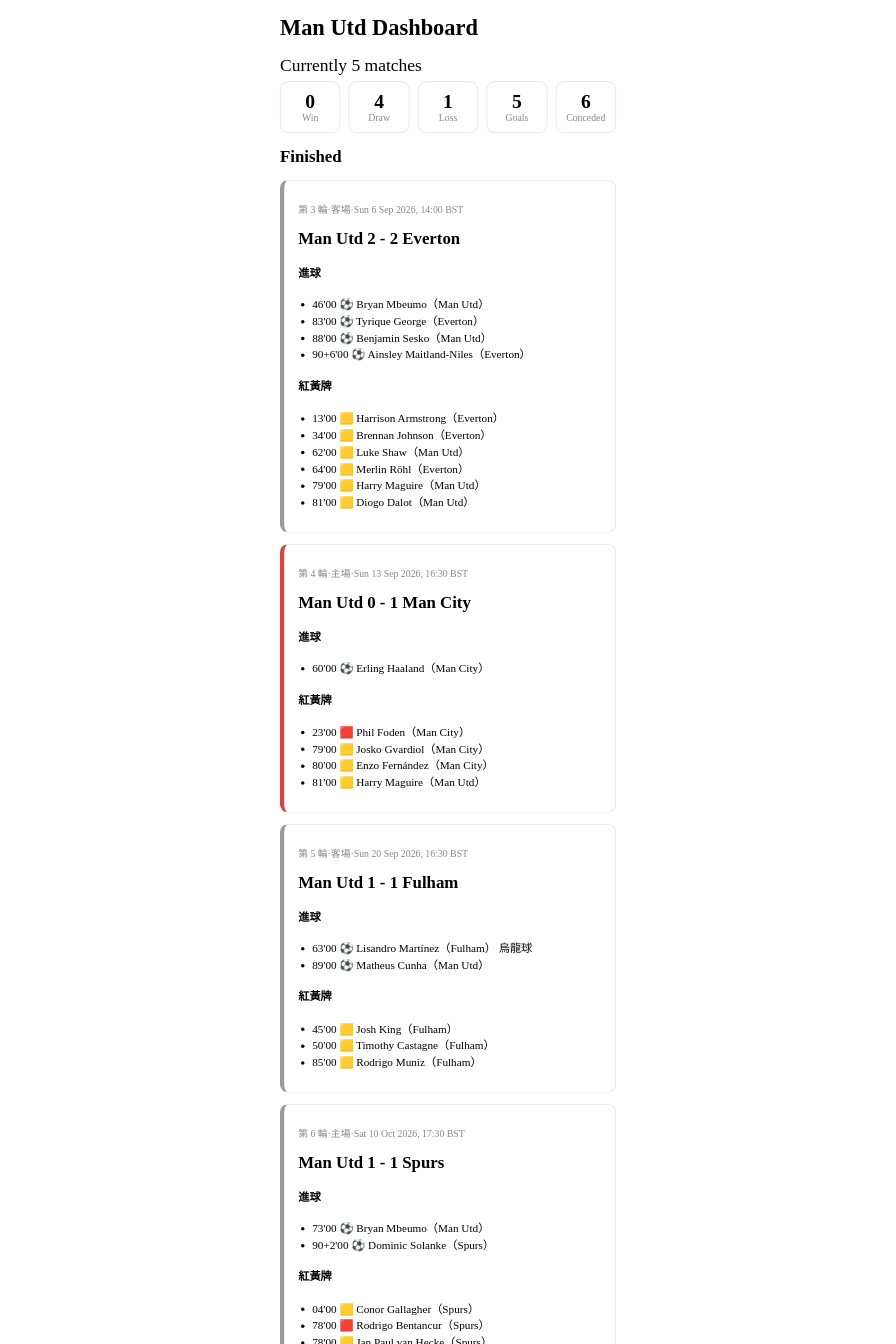
Repository: Chengyu0814/Premier-League-Dashboard
Page: / (app in frontend/)
These files come from the project's save history. The page is drawn as it stood at one moment and after a run of saves; the edit follows.
The browser window is 1280 px wide. The pictures show the part of the page from y = 0 to 1920 px (the page is 3024 px tall), at 70% of full size.
The project was rebuilt for these pictures with package versions that can differ from the ones it lists, and the page was loaded fresh each time. Also part of the build but not shown: frontend/vite.config.js.

Above is the page before, as saved 2026-10-27 14:13:42.

### frontend/src/App.jsx
import PremierLeague from'./PremierLeague.jsx';
import "./index.css";

function App() {

  return (
    <>
    <PremierLeague/>
    </>
)
}

export default App

### frontend/src/PremierLeague.jsx
import { useState, useEffect } from 'react'
import MatchCard from './MatchCard.jsx'
 import Summary from './Summary.jsx'

function PremierLeague() {

  const [matches, setMatches] = useState([])

  useEffect(() => {
    fetch('/man_utd_summary.json')
      .then((res) => res.json())
      .then((data) => {setMatches(data)})
    }, [])

  const finished = matches.filter((m) => m.status === 'C')
  const upcoming = matches.filter((m) => m.status === 'U')

  return (
    <div className="dashboard">
    <h1>Man Utd Dashboard</h1>
    <Summary matches={finished}/>
     <h2>Finished</h2>
    {finished.map(
      (m) =>(<MatchCard key={m.gameweek} match={m} />)
    )}
    <h2>Upcoming</h2>
    {upcoming.map((m) => <MatchCard key={m.gameweek} match={m} />)}
    </div>
)
}

export default PremierLeague

### frontend/src/index.css
.dashboard {
    max-width: 480px;
    margin: 0 auto;
    padding: 0 16px;
}

.match-card{
    border: 1px solid #ddd;
    border-radius: 12px;
    padding: 16px 20px;
    margin: 16px 0;
    max-width: 480px;
    text-align: left;
}

.match-card.result-W { border-left: 6px solid #2e9e5b; }
.match-card.result-D { border-left: 6px solid #9a9a9a; }
.match-card.result-L { border-left: 6px solid #d64545; }

.match-card .kickoff{
    color: #888;
    font-size: 14px;
}

.match-card ul{
    padding-left: 20px;
}

.summary {
    display: flex;
    gap: 12px;
    max-width: 480px;
}
.stat {
    flex: 1;
    border: 1px solid #ddd;
    border-radius: 12px;
    padding: 12px 0;
    text-align: center;
}
.stat-value {
    font-size: 28px;
    font-weight: bold;
}
.stat-label {
    color: #888;
    font-size: 14px;
}
.match-card.upcoming {
    border-style: dashed;
  }

.match-count {
    color: black;
    font-size: 25px;
    margin-bottom: 8px;
    text-align: left;
}

### frontend/src/MatchCard.jsx
import { getSides, getResult } from './matchUtils.js'

const CARD_LABEL = { Y: '🟨', R: '🟥', YR: '🟨🟥' }

function MatchCard({ match }) {
  const { gameweek, kickoff, status, goals, cards } = match
  const { isHome, us, them } = getSides(match)
  const venue = isHome ? '主場' : '客場'

  if (status !== 'C') {
  return (
    <div className="match-card upcoming">
      <p className="kickoff">Matchweek {gameweek}·{venue}·{kickoff}</p>
      <h2>{us.team} vs {them.team}</h2>
    </div>
  )
  }
  const { result } = getResult(match)
  return (
  <div className={`match-card result-${result}`}>
    <p className="kickoff">第 {gameweek} 輪·{venue}·{kickoff}</p>
    <h2>{us.team} {us.score} - {them.score} {them.team}</h2>

    <h4>進球</h4>
    <ul>
    {goals.map((g, i) => (
      <li key={i}>
        {g.time} ⚽ {g.player}（{g.team}）
        {g.type === 'O' && ' 烏龍球'}
        {g.type === 'P' && ' 點球'}
      </li>
      ))}

    </ul>
    <h4>紅黃牌</h4>
    <ul>
      {cards.map((c, i) => (
        <li key={i}>
          {c.time} {CARD_LABEL[c.card]} {c.player}（{c.team}）
        </li>
    ))}
    </ul>
  </div>
  )
}

export default MatchCard

### frontend/src/Summary.jsx
import { getResult } from './matchUtils.js'

function Summary({ matches }) {
    let win = 0, draw = 0, loss = 0, goalsFor = 0, goalsAgainst = 0

    for (const m of matches) {

        const {us, them, result} = getResult(m)

        goalsFor += us.score
        goalsAgainst += them.score
        if (result==="W") win++
        else if (result==="D") draw++
        else loss++
    }

    const stats = [
        { label: 'Win', value: win },
        { label: 'Draw', value: draw },
        { label: 'Loss', value: loss },
        { label: 'Goals', value: goalsFor },
        { label: 'Conceded', value: goalsAgainst }
    ]

    return (
    <div>
    <div className="match-count">Currently {matches.length} matches</div>
    <div className="summary">
        {stats.map((s) => (
        <div key={s.label} className="stat">
            <div className="stat-value">{s.value}</div>
            <div className="stat-label">{s.label}</div>
        </div>
        ))}
    </div>
    </div>
    )
}

export default Summary

### frontend/src/matchUtils.js
export const TEAM = 'Man Utd'

export function getSides(match) {
    const isHome = match.home.team === TEAM
    const us = isHome ? match.home : match.away
    const them = isHome ? match.away : match.home
    return { isHome, us, them }
}

export function getResult(match) {
    const { us, them } = getSides(match)

    let result = 'D'
    if (us.score > them.score) result = 'W'
    else if (us.score < them.score) result = 'L'

    return { us, them, result }
}

### frontend/public/man_utd_summary.json
[
  {
    "gameweek": 3,
    "kickoff": "Sun 6 Sep 2026, 14:00 BST",
    "status": "C",
    "home": {
      "team": "Everton",
      "score": 2
    },
    "away": {
      "team": "Man Utd",
      "score": 2
    },
    "goals": [
      {
        "time": "46'00",
        "team": "Man Utd",
        "player": "Bryan Mbeumo",
        "type": "G"
      },
      {
        "time": "83'00",
        "team": "Everton",
        "player": "Tyrique George",
        "type": "G"
      },
      {
        "time": "88'00",
        "team": "Man Utd",
        "player": "Benjamin Sesko",
        "type": "G"
      },
      {
        "time": "90+6'00",
        "team": "Everton",
        "player": "Ainsley Maitland-Niles",
        "type": "G"
      }
    ],
    "cards": [
      {
        "time": "13'00",
        "team": "Everton",
        "player": "Harrison Armstrong",
        "card": "Y"
      },
      {
        "time": "34'00",
        "team": "Everton",
        "player": "Brennan Johnson",
        "card": "Y"
      },
      {
        "time": "62'00",
        "team": "Man Utd",
        "player": "Luke Shaw",
        "card": "Y"
      },
      {
        "time": "64'00",
        "team": "Everton",
        "player": "Merlin Röhl",
        "card": "Y"
      },
      {
        "time": "79'00",
        "team": "Man Utd",
        "player": "Harry Maguire",
        "card": "Y"
      },
      {
        "time": "81'00",
        "team": "Man Utd",
        "player": "Diogo Dalot",
        "card": "Y"
      }
    ]
  },
  {
    "gameweek": 4,
    "kickoff": "Sun 13 Sep 2026, 16:30 BST",
    "status": "C",
    "home": {
      "team": "Man Utd",
      "score": 0
    },
    "away": {
      "team": "Man City",
      "score": 1
    },
    "goals": [
      {
        "time": "60'00",
        "team": "Man City",
        "player": "Erling Haaland",
        "type": "G"
      }
    ],
    "cards": [
      {
        "time": "23'00",
        "team": "Man City",
        "player": "Phil Foden",
        "card": "R"
      },
      {
        "time": "79'00",
        "team": "Man City",
        "player": "Josko Gvardiol",
        "card": "Y"
      },
      {
        "time": "80'00",
        "team": "Man City",
        "player": "Enzo Fernández",
        "card": "Y"
      },
      {
        "time": "81'00",
        "team": "Man Utd",
        "player": "Harry Maguire",
        "card": "Y"
      }
    ]
  },
  {
    "gameweek": 5,
    "kickoff": "Sun 20 Sep 2026, 16:30 BST",
    "status": "C",
    "home": {
      "team": "Fulham",
      "score": 1
    },
    "away": {
      "team": "Man Utd",
      "score": 1
    },
    "goals": [
      {
        "time": "63'00",
        "team": "Fulham",
        "player": "Lisandro Martínez",
        "type": "O"
      },
      {
        "time": "89'00",
        "team": "Man Utd",
        "player": "Matheus Cunha",
        "type": "G"
      }
    ],
    "cards": [
      {
        "time": "45'00",
        "team": "Fulham",
        "player": "Josh King",
        "card": "Y"
      },
      {
        "time": "50'00",
        "team": "Fulham",
        "player": "Timothy Castagne",
        "card": "Y"
      },
      {
        "time": "85'00",
        "team": "Fulham",
        "player": "Rodrigo Muniz",
        "card": "Y"
      }
    ]
  },
  {
    "gameweek": 6,
    "kickoff": "Sat 10 Oct 2026, 17:30 BST",
    "status": "C",
    "home": {
      "team": "Man Utd",
      "score": 1
    },
    "away": {
      "team": "Spurs",
      "score": 1
    },
    "goals": [
      {
        "time": "73'00",
        "team": "Man Utd",
        "player": "Bryan Mbeumo",
        "type": "G"
      },
      {
        "time": "90+2'00",
        "team": "Spurs",
        "player": "Dominic Solanke",
        "type": "G"
      }
    ],
    "cards": [
      {
        "time": "04'00",
        "team": "Spurs",
        "player": "Conor Gallagher",
        "card": "Y"
      },
      {
        "time": "78'00",
        "team": "Spurs",
        "player": "Rodrigo Bentancur",
        "card": "R"
      },
      {
        "time": "78'00",
        "team": "Spurs",
        "player": "Jan Paul van Hecke",
        "card": "Y"
      },
      {
        "time": "78'00",
        "team": "Man Utd",
        "player": "Luke Shaw",
        "card": "Y"
      },
      {
        "time": "84'00",
        "team": "Man Utd",
        "player": "Bruno Fernandes",
        "card": "Y"
      },
      {
        "time": "87'00",
        "team": "Man Utd",
        "player": "Lisandro Martínez",
        "card": "Y"
      },
      {
        "time": "90+6'00",
        "team": "Man Utd",
        "player": "Diogo Dalot",
        "card": "Y"
      },
      {
        "time": "90+8'00",
        "team": "Spurs",
        "player": "Archie Gray",
        "card": "Y"
      }
    ]
  },
  {
    "gameweek": 7,
    "kickoff": "Sun 18 Oct 2026, 14:00 BST",
    "status": "C",
    "home": {
      "team": "Leeds",
      "score": 1
    },
    "away": {
      "team": "Man Utd",
      "score": 1
    },
    "goals": [
      {
        "time": "35'00",
        "team": "Man Utd",
        "player": "Bryan Mbeumo",
        "type": "G"
      },
      {
        "time": "51'00",
        "team": "Leeds",
        "player": "Dominic Calvert-Lewin",
        "type": "G"
      }
    ],
    "cards": [
      {
        "time": "17'00",
        "team": "Man Utd",
        "player": "Bruno Fernandes",
        "card": "Y"
      },
      {
        "time": "19'00",
        "team": "Leeds",
        "player": "Gabriel Gudmundsson",
        "card": "Y"
      },
      {
        "time": "90+2'00",
        "team": "Man Utd",
        "player": "Andrey Santos",
        "card": "Y"
      },
      {
        "time": "90+2'00",
        "team": "Leeds",
        "player": "Ethan Ampadu",
        "card": "Y"
      }
    ]
  },
  {
    "gameweek": 8,
    "kickoff": "Sun 25 Oct 2026, 14:00 GMT",
    "status": "U",
    "home": {
      "team": "Man Utd",
      "score": null
    },
    "away": {
      "team": "Bournemouth",
      "score": null
    },
    "goals": [],
    "cards": []
  },
  {
    "gameweek": 9,
    "kickoff": "Sat 31 Oct 2026, 12:30 GMT",
    "status": "U",
    "home": {
      "team": "Chelsea",
      "score": null
    },
    "away": {
      "team": "Man Utd",
      "score": null
    },
    "goals": [],
    "cards": []
  },
  {
    "gameweek": 10,
    "kickoff": "Sun 8 Nov 2026, 16:30 GMT",
    "status": "U",
    "home": {
      "team": "Man Utd",
      "score": null
    },
    "away": {
      "team": "Aston Villa",
      "score": null
    },
    "goals": [],
    "cards": []
  }
]

Loaded but not shown: frontend/index.html (common file); frontend/src/main.jsx (common file)

After the next 3 saves:
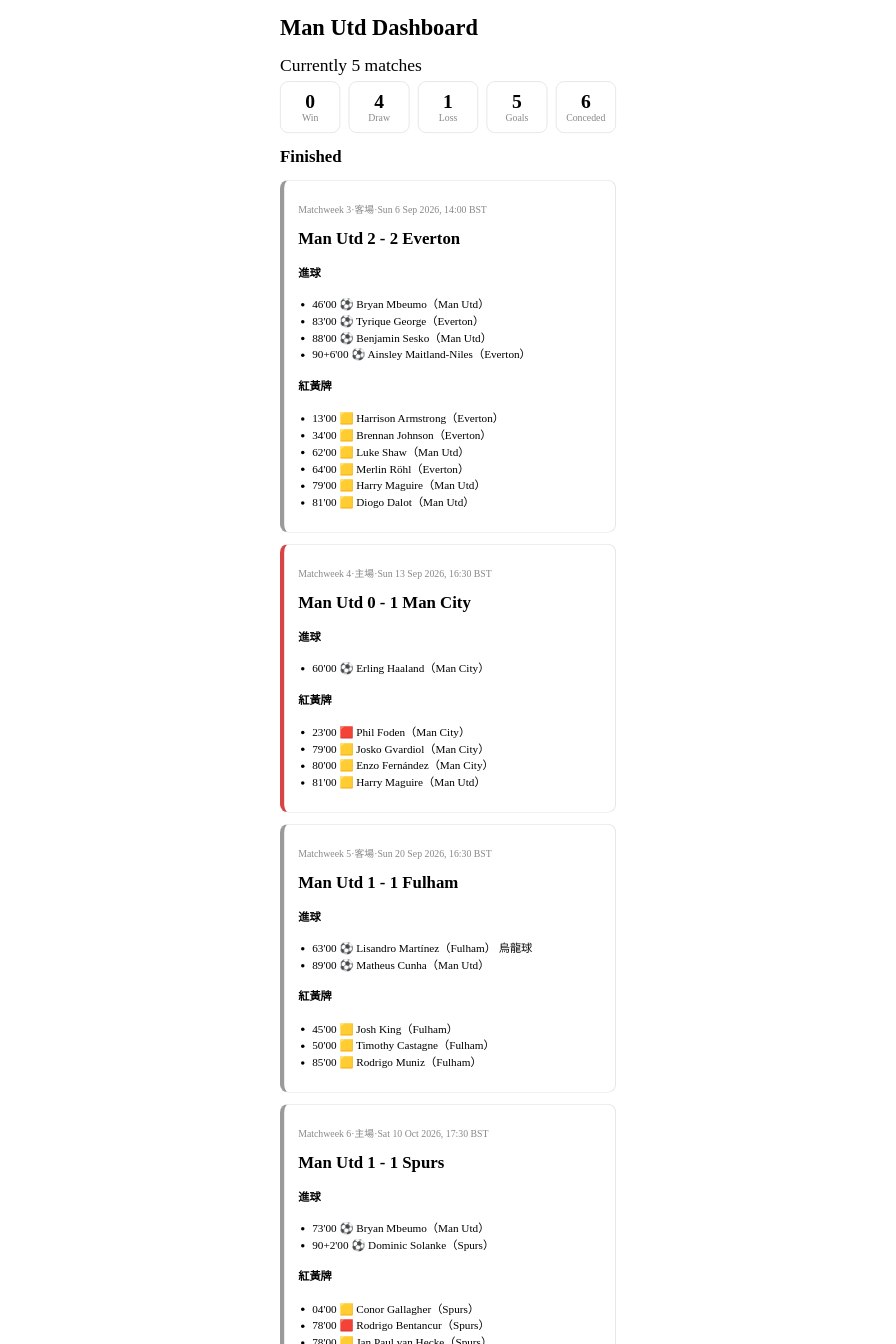
The 3 saves are shown as one change because they came seconds apart.
The last was saved 21 s later.
--- a/frontend/src/MatchCard.jsx
+++ b/frontend/src/MatchCard.jsx
@@ -18,7 +18,7 @@
   const { result } = getResult(match)
   return (
   <div className={`match-card result-${result}`}>
-    <p className="kickoff">第 {gameweek} 輪·{venue}·{kickoff}</p>
+    <p className="kickoff">Matchweek {gameweek}·{venue}·{kickoff}</p>
     <h2>{us.team} {us.score} - {them.score} {them.team}</h2>
 
     <h4>進球</h4>
